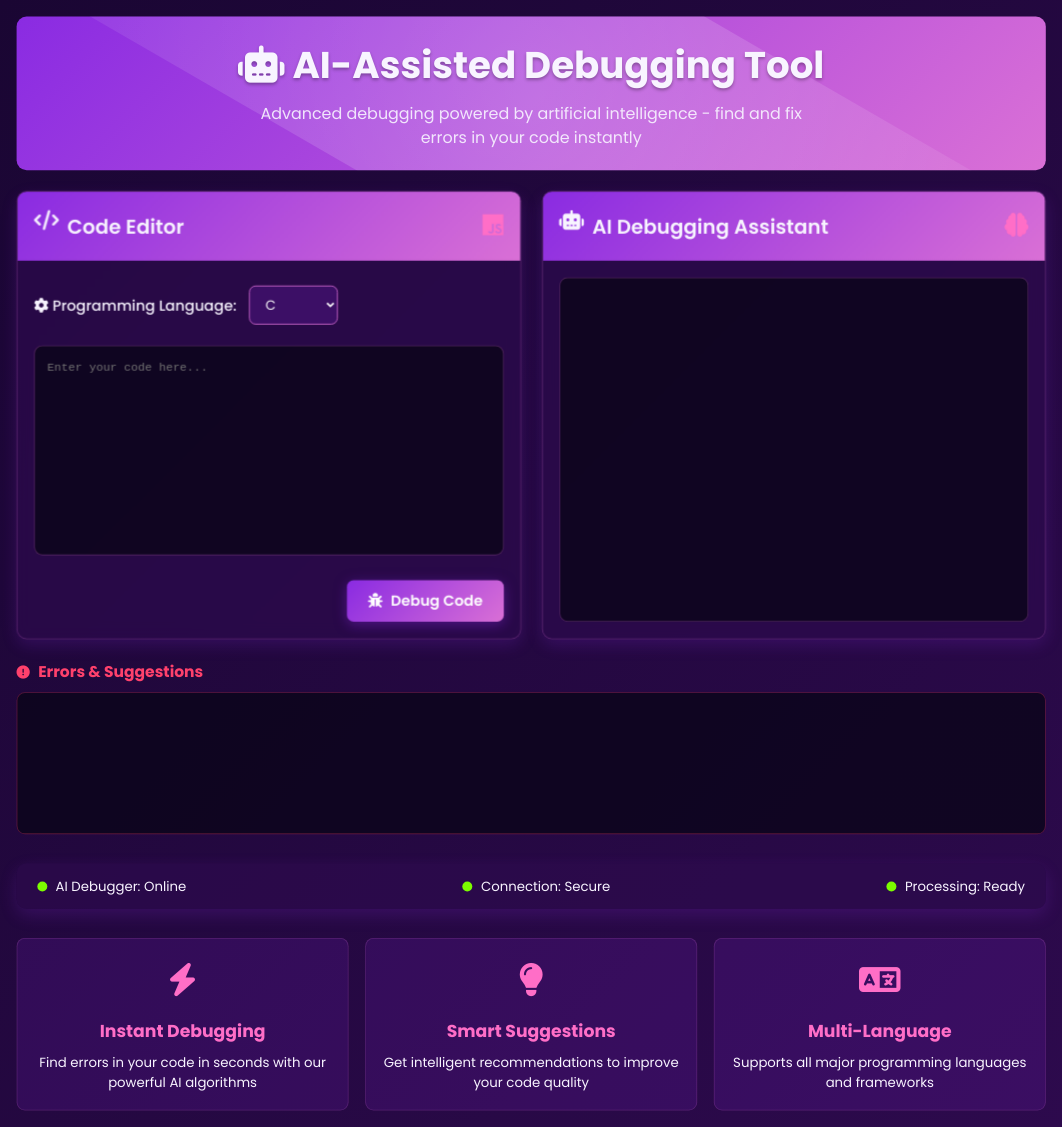
Repository: ujjwalkathait/AI-Asissted_Debugging_tool
Page: Frontend/public/index.html
These files come from the project's save history. The page is drawn as it stood at one moment and after the next save; the edit follows.
The browser window is 1280 px wide. The pictures show the whole page, at 83% of full size.

Above is the page before, as saved 2025-07-14 00:18:10.

### Frontend/public/index.html
<!DOCTYPE html>
<html lang="en">
<head>
    <meta charset="UTF-8">
    <meta name="viewport" content="width=device-width, initial-scale=1.0">
    <title>AI-Assisted Debugging Tool</title>
    <link href="https://fonts.googleapis.com/css2?family=Poppins:wght@300;400;500;600;700&display=swap" rel="stylesheet">
    <link rel="stylesheet" href="https://cdnjs.cloudflare.com/ajax/libs/font-awesome/6.4.0/css/all.min.css">
    <link rel="stylesheet" href="style.css">
</head>
<body>
    <div class="container">
        <header>
            <h1><i class="fas fa-robot"></i> AI-Assisted Debugging Tool</h1>
            <p>Advanced debugging powered by artificial intelligence - find and fix errors in your code instantly</p>
        </header>

        <div class="main-content">
            <div class="panel">
                <div class="panel-header">
                    <div class="panel-title">
                        <i class="fas fa-code floating"></i>
                        <span>Code Editor</span>
                    </div>
                    <div class="language-icon">
                        <i class="fab fa-js"></i>
                    </div>
                </div>
                <div class="panel-body">
                    <div class="editor-container">
                        <div class="language-selector">
                            <label for="language-select"><i class="fas fa-cog"></i> Programming Language:</label>
                            <select id="language-select">
                                <option>C</option>
                                <option>C++</option>
                                <option>Python</option>
                                <option>Java</option>
                            </select>
                        </div>
                        <textarea class="code-editor" id="code-input" placeholder="Enter your code here..."></textarea>
                        <button class="debug-btn" id="debug-button">
                            <i class="fas fa-bug"></i> Debug Code
                        </button>
                    </div>
                </div>
            </div>

            <div class="panel">
                <div class="panel-header">
                    <div class="panel-title">
                        <i class="fas fa-robot floating"></i>
                        <span>AI Debugging Assistant</span>
                    </div>
                    <div class="language-icon">
                        <i class="fas fa-brain"></i>
                    </div>
                </div>
                <div class="panel-body">
                    <div class="output-container">
                        <div class="ai-output" id="debug-output"></div>

                    </div>
                </div>
            </div>
        </div>
        <div class="error-container">
            <div class="error-header">
                <i class="fas fa-exclamation-circle"></i>
                <h3>Errors & Suggestions</h3>
            </div>
            <div class="error-box" id="error-output"></div>
        </div>

        <div class="status-bar">
            <div class="status-item">
                <div class="status-indicator"></div>
                <span>AI Debugger: Online</span>
            </div>
            <div class="status-item">
                <div class="status-indicator"></div>
                <span>Connection: Secure</span>
            </div>
            <div class="status-item">
                <div class="status-indicator"></div>
                <span>Processing: Ready</span>
            </div>
        </div>

        <div class="feature-grid">
            <div class="feature-card">
                <div class="feature-icon">
                    <i class="fas fa-bolt"></i>
                </div>
                <h3>Instant Debugging</h3>
                <p>Find errors in your code in seconds with our powerful AI algorithms</p>
            </div>
            <div class="feature-card">
                <div class="feature-icon">
                    <i class="fas fa-lightbulb"></i>
                </div>
                <h3>Smart Suggestions</h3>
                <p>Get intelligent recommendations to improve your code quality</p>
            </div>
            <div class="feature-card">
                <div class="feature-icon">
                    <i class="fas fa-language"></i>
                </div>
                <h3>Multi-Language</h3>
                <p>Supports all major programming languages and frameworks</p>
            </div>
        </div>
    </div>

    <script src="script.js"></script>
</body>
</html>

### Frontend/public/style.css
:root {
    --primary: #8A2BE2;
    --secondary: #DA70D6;
    --accent: #FF6EC7;
    --dark: #2D0A4D;
    --light: #F8F4FF;
    --text: #4A2A7C;
    --success: #7CFC00;
    --error: #FF416C;
    --border-radius: 12px;
    --transition: all 0.3s ease;
    --box-shadow: 0 8px 20px rgba(138, 43, 226, 0.2);
    --gradient: linear-gradient(135deg, var(--primary), var(--secondary));
}

* {
    margin: 0;
    padding: 0;
    box-sizing: border-box;
    font-family: 'Poppins', sans-serif;
}

body {
    background: linear-gradient(135deg, #1a0633, #2d0a4d);
    color: var(--light);
    min-height: 100vh;
    padding: 20px;
    display: flex;
    justify-content: center;
    align-items: center;
}

.container {
    width: 100%;
    max-width: 1600px;
    display: flex;
    flex-direction: column;
    gap: 25px;
}

header {
    text-align: center;
    padding: 25px;
    background: var(--gradient);
    border-radius: var(--border-radius);
    box-shadow: var(--box-shadow);
    animation: pulse 3s infinite;
    position: relative;
    overflow: hidden;
}

header::before {
    content: "";
    position: absolute;
    top: -50%;
    left: -50%;
    width: 200%;
    height: 200%;
    background: radial-gradient(circle, rgba(255,255,255,0.2) 0%, rgba(255,255,255,0) 70%);
    transform: rotate(30deg);
}

header h1 {
    font-size: 2.8rem;
    font-weight: 700;
    margin-bottom: 10px;
    text-shadow: 0 2px 4px rgba(0,0,0,0.3);
    position: relative;
}

header p {
    font-size: 1.2rem;
    opacity: 0.9;
    max-width: 700px;
    margin: 0 auto;
    position: relative;
}

.main-content {
    display: flex;
    gap: 25px;
    height: 75vh;
}

.panel {
    background: rgba(45, 10, 77, 0.7);
    backdrop-filter: blur(10px);
    border-radius: var(--border-radius);
    box-shadow: var(--box-shadow);
    overflow: hidden;
    display: flex;
    flex-direction: column;
    border: 1px solid rgba(218, 112, 214, 0.3);
    flex: 1;
}

.panel-header {
    padding: 20px;
    background: var(--gradient);
    display: flex;
    justify-content: space-between;
    align-items: center;
}

.panel-title {
    font-size: 1.5rem;
    font-weight: 600;
    display: flex;
    align-items: center;
    gap: 10px;
}

.panel-body {
    padding: 20px;
    flex: 1;
    display: flex;
    flex-direction: column;
    overflow: hidden;
}

.editor-container {
    flex: 1;
    display: flex;
    flex-direction: column;
    gap: 15px;
}

.language-selector {
    display: flex;
    align-items: center;
    gap: 15px;
    padding: 10px 0;
}

.language-selector label {
    font-size: 1.1rem;
    font-weight: 500;
}

select {
    padding: 10px 15px;
    background: rgba(138, 43, 226, 0.2);
    border: 1px solid var(--secondary);
    border-radius: 8px;
    color: white;
    font-size: 1rem;
    cursor: pointer;
    transition: var(--transition);
    outline: none;
}

select:focus {
    box-shadow: 0 0 0 3px rgba(218, 112, 214, 0.4);
}

.code-editor {
    flex: 1;
    background: rgba(10, 5, 25, 0.8);
    border-radius: 10px;
    border: 1px solid rgba(218, 112, 214, 0.3);
    padding: 15px;
    font-family: 'Courier New', monospace;
    font-size: 14px;
    color: #E6D4FF;
    line-height: 1.5;
    resize: none;
    transition: var(--transition);
}

.code-editor:focus {
    border-color: var(--accent);
    box-shadow: 0 0 0 3px rgba(255, 110, 199, 0.2);
}

.debug-btn {
    padding: 12px 25px;
    background: var(--gradient);
    color: white;
    border: none;
    border-radius: 8px;
    font-size: 1.1rem;
    font-weight: 600;
    cursor: pointer;
    transition: var(--transition);
    display: flex;
    align-items: center;
    justify-content: center;
    gap: 10px;
    margin-top: 15px;
    align-self: flex-end;
    box-shadow: 0 4px 15px rgba(138, 43, 226, 0.4);
}

.debug-btn:hover {
    transform: translateY(-3px);
    box-shadow: 0 6px 20px rgba(138, 43, 226, 0.6);
}

.debug-btn:active {
    transform: translateY(1px);
}

.output-container {
    flex: 1;
    display: flex;
    flex-direction: column;
    gap: 15px;
    overflow: hidden;
}

.ai-output {
    background: rgba(10, 5, 25, 0.8);
    border-radius: 10px;
    border: 1px solid rgba(218, 112, 214, 0.3);
    padding: 15px;
    font-family: 'Courier New', monospace;
    font-size: 14px;
    color: #E6D4FF;
    line-height: 1.5;
    overflow-y: auto;
    height: 100%;
}

.error-container {
    display: flex;
    flex-direction: column;
    gap: 10px;
    height: 210px;
}

.error-header {
    display: flex;
    align-items: center;
    gap: 10px;
    color: var(--error);
}

.error-box {
    background: rgba(10, 5, 25, 0.8);
    border-radius: 10px;
    border: 1px solid rgba(255, 65, 108, 0.3);
    padding: 15px;
    font-family: 'Courier New', monospace;
    font-size: 14px;
    color: #FFA8BA;
    line-height: 1.5;
    overflow-y: auto;
    height: 100%;
}
.error-box pre{
    margin: 0;
    white-space: pre-wrap;
    word-break: break-word;

}
.status-bar {
    display: flex;
    justify-content: space-between;
    padding: 15px 25px;
    background: rgba(45, 10, 77, 0.7);
    border-radius: var(--border-radius);
    box-shadow: var(--box-shadow);
    margin-top: 10px;
}

.status-item {
    display: flex;
    align-items: center;
    gap: 10px;
}

.status-indicator {
    width: 12px;
    height: 12px;
    border-radius: 50%;
    background: var(--success);
}

.status-indicator.error {
    background: var(--error);
}

.language-icon {
    font-size: 1.8rem;
    color: var(--accent);
}

.feature-grid {
    display: grid;
    grid-template-columns: repeat(3, 1fr);
    gap: 20px;
    margin-top: 10px;
}

.feature-card {
    background: rgba(138, 43, 226, 0.15);
    border-radius: 10px;
    padding: 20px;
    text-align: center;
    transition: var(--transition);
    border: 1px solid rgba(218, 112, 214, 0.2);
}

.feature-card:hover {
    transform: translateY(-5px);
    background: rgba(138, 43, 226, 0.25);
    box-shadow: 0 8px 20px rgba(138, 43, 226, 0.3);
}

.feature-icon {
    font-size: 2.5rem;
    color: var(--accent);
    margin-bottom: 15px;
}

.feature-card h3 {
    font-size: 1.3rem;
    margin-bottom: 10px;
    color: var(--accent);
}

/* Animations */
@keyframes pulse {
    0% { box-shadow: 0 0 0 0 rgba(138, 43, 226, 0.6); }
    70% { box-shadow: 0 0 0 15px rgba(138, 43, 226, 0); }
    100% { box-shadow: 0 0 0 0 rgba(138, 43, 226, 0); }
}

@keyframes float {
    0% { transform: translateY(0px); }
    50% { transform: translateY(-10px); }
    100% { transform: translateY(0px); }
}

.floating {
    animation: float 3s ease-in-out infinite;
}

/* Scrollbar styling */
::-webkit-scrollbar {
    width: 8px;
}

::-webkit-scrollbar-track {
    background: rgba(45, 10, 77, 0.3);
    border-radius: 4px;
}

::-webkit-scrollbar-thumb {
    background: var(--secondary);
    border-radius: 4px;
}

::-webkit-scrollbar-thumb:hover {
    background: var(--accent);
}

/* Responsive design */
@media (max-width: 1200px) {
    .main-content {
        flex-direction: column;
        height: auto;
    }

    .feature-grid {
        grid-template-columns: repeat(2, 1fr);
    }
}

@media (max-width: 768px) {
    .feature-grid {
        grid-template-columns: 1fr;
    }

    header h1 {
        font-size: 2.2rem;
    }

    .panel-header {
        padding: 15px;
    }
}

### Frontend/public/script.js
// document.addEventListener('DOMContentLoaded', function () {
//     const debugBtn = document.getElementById('debug-button');
//     const codeInput = document.getElementById('code-input');
//     const debugOutput = document.getElementById('debug-output');
//     const errorOutput = document.getElementById('error-output');
//     const languageSelect = document.getElementById('language-select');
//     const languageIcon = document.querySelector('.language-icon i');

//     // Language icons mapping
//     const languageIcons = {
//         'JavaScript': 'fab fa-js',
//         'Python': 'fab fa-python',
//         'Java': 'fab fa-java',
//         'C++': 'fas fa-c++',
//         'C': 'fas fa-c',
//         'TypeScript': 'fas fa-code',
//         'PHP': 'fab fa-php',
//         'Ruby': 'fas fa-gem'
//     };

//     // Update language icon when selection changes
//     languageSelect.addEventListener('change', function () {
//         const lang = this.value;
//         languageIcon.className = languageIcons[lang] || 'fas fa-code';
//     });

//     // Debug button functionality
//     debugBtn.addEventListener('click', async function () {
//         const code = codeInput.value.trim();
//         const language = languageSelect.value;

//         if (!code) {
//             errorOutput.innerHTML = `<pre style="color:orange;">⚠️ Please enter some code before debugging.</pre>`;
//             return;
//         }

//         // UI feedback
//         debugBtn.innerHTML = '<i class="fas fa-spinner fa-spin"></i> Debugging...';
//         debugBtn.disabled = true;
//         debugOutput.textContent = '';
//         errorOutput.innerHTML = '';

//         try {
//             const response = await fetch("http://localhost:3000/debug", {
//                 method: "POST",
//                 headers: {
//                     "Content-Type": "application/json"
//                 },
//                 body: JSON.stringify({ code, language })
//             });

//             if (!response.ok) {
//                 throw new Error("Server error while debugging.");
//             }

//             const result = await response.json();

//             // Show corrected code
//             // debugOutput.textContent = result.fixedCode || "// No corrections found.";
//             debugOutput.innerHTML = `<pre>${result.fixedCode || "// No corrections found."}</pre>`;


//             // Show errors or success
//             if (result.errors) {
//                 errorOutput.innerHTML = `<pre style="color:red;">${result.errors}</pre>`;
//             } else {
//                 errorOutput.innerHTML = `<pre style="color:lightgreen;">✅ No syntax errors detected.</pre>`;
//             }

//         } catch (err) {
//             errorOutput.innerHTML = `<pre style="color:red;">⚠️ Error: ${err.message}</pre>`;
//         } finally {
//             // Reset button state
//             debugBtn.innerHTML = '<i class="fas fa-bug"></i> Debug Code';
//             debugBtn.disabled = false;
//             debugBtn.style.background = 'linear-gradient(135deg, #00c853, #7cfc00)';
//             setTimeout(() => {
//                 debugBtn.style.background = 'var(--gradient)';
//             }, 2000);
//         }
//     });

//     // Add example code on first click (optional)
//     codeInput.addEventListener('click', function () {
//         if (this.value === '') {
//             this.value = '';
//         }
//     });
// });
function escapeHtml(unsafe) {
  return unsafe
    .replace(/&/g, "&amp;")
    .replace(/</g, "&lt;")
    .replace(/>/g, "&gt;");
}
document.addEventListener('DOMContentLoaded', function () {
    const debugBtn = document.getElementById('debug-button');
    const codeInput = document.getElementById('code-input');
    const debugOutput = document.getElementById('debug-output');
    const errorOutput = document.getElementById('error-output');
    const languageSelect = document.getElementById('language-select');
    const languageIcon = document.querySelector('.language-icon i');

    const languageIcons = {
        'JavaScript': 'fab fa-js',
        'Python': 'fab fa-python',
        'Java': 'fab fa-java',
        'C++': 'fas fa-c++',
        'C': 'fas fa-c',
        'TypeScript': 'fas fa-code',
        'PHP': 'fab fa-php',
        'Ruby': 'fas fa-gem'
    };

    languageSelect.addEventListener('change', function () {
        const lang = this.value;
        languageIcon.className = languageIcons[lang] || 'fas fa-code';
    });

    debugBtn.addEventListener('click', async function () {
        const code = codeInput.value.trim();
        const language = languageSelect.value;

        if (!code) {
            errorOutput.innerHTML = `<pre style="color:orange;">⚠️ Please enter some code before debugging.</pre>`;
            return;
        }

        debugBtn.innerHTML = '<i class="fas fa-spinner fa-spin"></i> Debugging...';
        debugBtn.disabled = true;
        debugOutput.textContent = '';
        errorOutput.innerHTML = '';

        try {
            const response = await fetch("http://localhost:3000/debug", {
                method: "POST",
                headers: {
                    "Content-Type": "application/json"
                },
                body: JSON.stringify({ code, language })
            });

            if (!response.ok) {
                throw new Error("Server error while debugging.");
            }

            const result = await response.json();
            debugOutput.innerHTML = `<pre>${escapeHtml(result.fixedCode) || "// No corrections found."}</pre>`;

            if (result.errors) {
                errorOutput.innerHTML = `<pre style="color:red;">${result.errors}</pre>`;
            } else {
                errorOutput.innerHTML = `<pre style="color:lightgreen;">✅ No syntax errors detected.</pre>`;
            }

            if (result.explanation) {
                errorOutput.innerHTML += `<br><pre style="color:deepskyblue;">💡 Gemini says: ${result.explanation}</pre>`;
            }

        } catch (err) {
            errorOutput.innerHTML = `<pre style="color:red;">⚠️ Error: ${err.message}</pre>`;
        } finally {
            debugBtn.innerHTML = '<i class="fas fa-bug"></i> Debug Code';
            debugBtn.disabled = false;
            debugBtn.style.background = 'linear-gradient(135deg, #00c853, #7cfc00)';
            setTimeout(() => {
                debugBtn.style.background = 'var(--gradient)';
            }, 2000);
        }
    });

    codeInput.addEventListener('click', function () {
        if (this.value === '') {
            this.value = '';
        }
    });
});

After the next save:
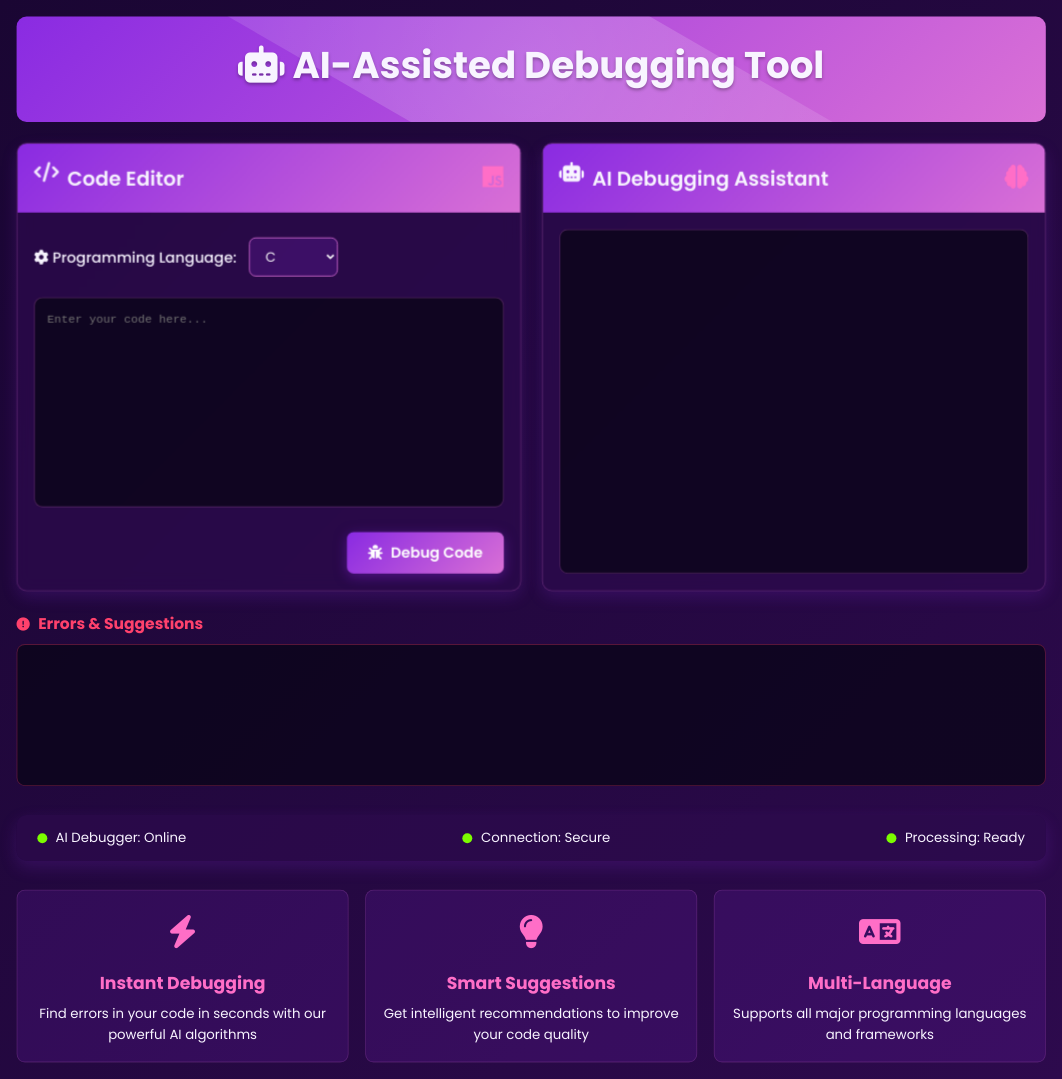
Saved 22 s later.
--- a/Frontend/public/index.html
+++ b/Frontend/public/index.html
@@ -12,7 +12,7 @@
     <div class="container">
         <header>
             <h1><i class="fas fa-robot"></i> AI-Assisted Debugging Tool</h1>
-            <p>Advanced debugging powered by artificial intelligence - find and fix errors in your code instantly</p>
+            <!-- <p>Advanced debugging powered by artificial intelligence - find and fix errors in your code instantly</p> -->
         </header>
 
         <div class="main-content">
